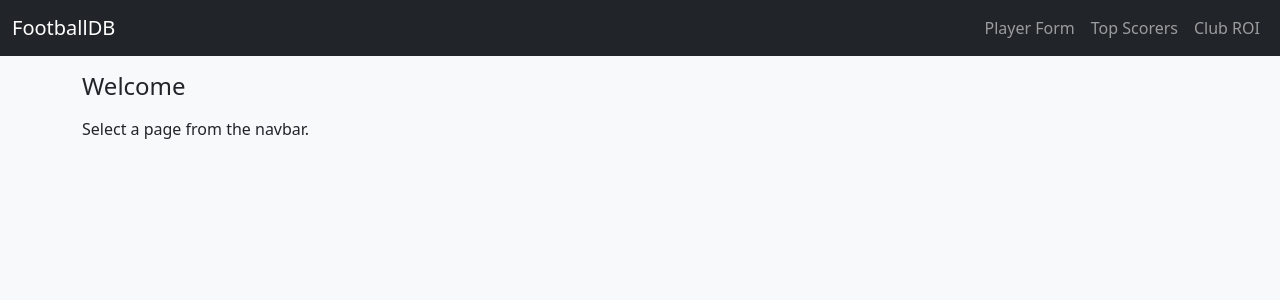
Repository: daniqusy/FootballDB
Page: http://localhost/player/form?player_id=${r.player_id}
These files come from the project's save history. The page is drawn as it stood at one moment and after the next save; the edit follows.
The browser window is 1280 px wide. The pictures show the whole page.
The page is served by the project's application, run on Flask 3 (app.py).

Above is the page before, as saved 2025-11-01 22:14:56.

After the next save:
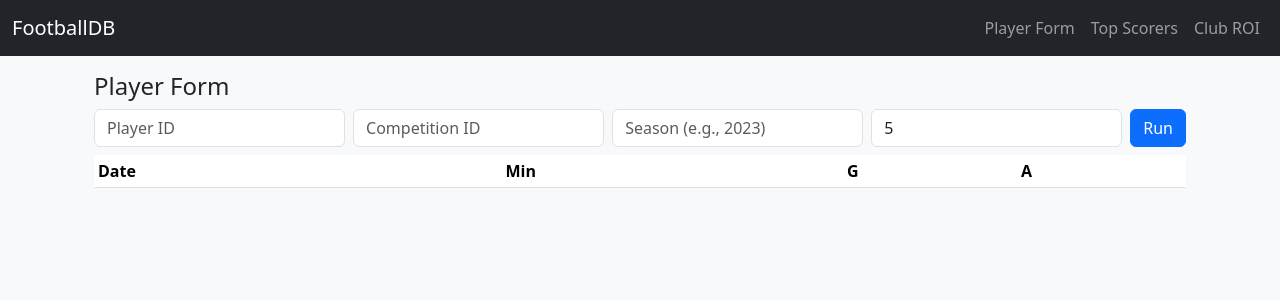
Saved 5 min 29 s later.
--- a/templates/base.html
+++ b/templates/base.html
@@ -18,8 +18,10 @@
   </div>
 </nav>
 <div class="container">
+  {% block body %}
   <h1 class="h4 mb-3">Welcome</h1>
   <p>Select a page from the navbar.</p>
+  {% endblock %}
 </div>
 </body>
 </html>
